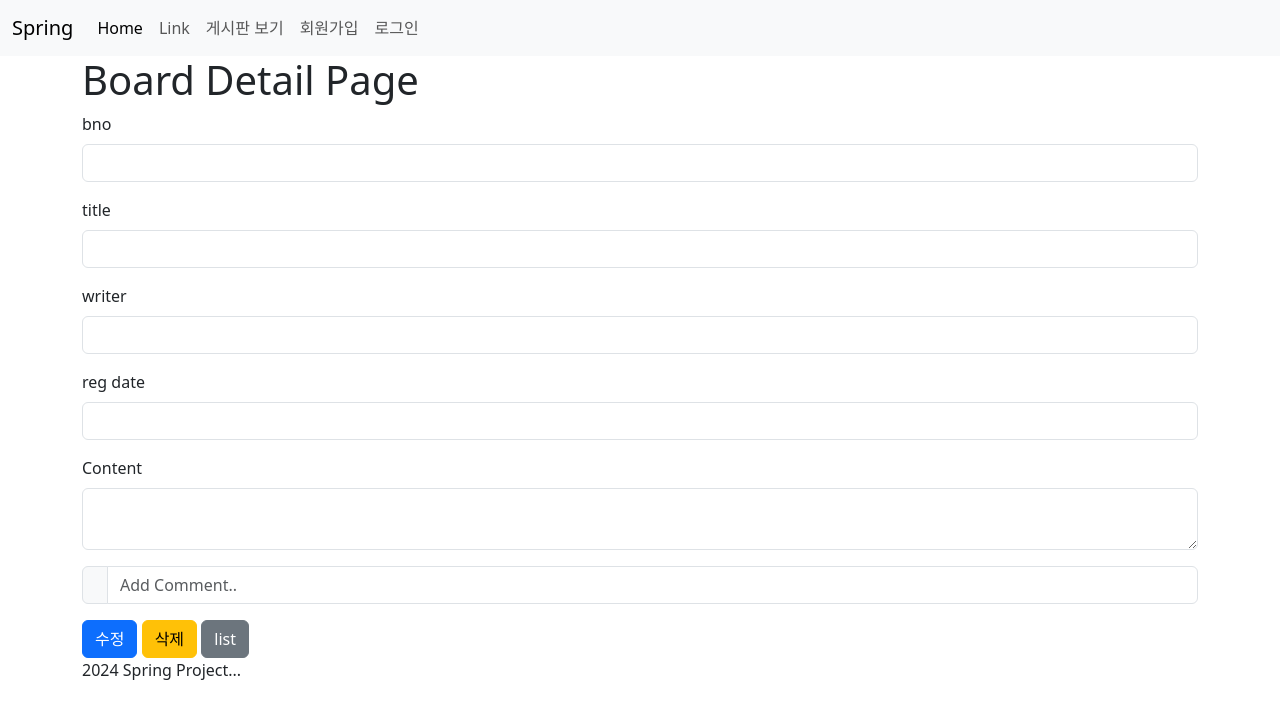
Repository: gajami-kim/240430_Spring_Study
Page: http://localhost/spring_study/WEB-INF/views/board/detail.jsp
The author's editor kept a copy of each file at every save. The page is drawn from the files as they stood at one save, then again after the next save.
The browser window is 1280 px wide. The pictures show the whole page.
The page is served by Tomcat 9. Nobody is signed in. The template is opened directly, without the code that normally fills it, so the values that code supplies are empty.

Above is the page before, as saved 2024-04-26 02:42:16.

### spring_study/src/main/webapp/WEB-INF/views/board/detail.jsp
<%@ page language="java" contentType="text/html; charset=UTF-8"
    pageEncoding="UTF-8"%>
    <%@ taglib uri="http://java.sun.com/jsp/jstl/core" prefix="c"%>
<jsp:include page="../layout/header.jsp" />

<div class="container-sm">
<h1>Board Detail Page</h1>
	<div class="mb-3">
	  <label for="n" class="form-label">bno</label>
	  <input type="text" class="form-control" name="bno" id="n" value="${bvo.bno }" readonly="readonly">
	</div>
	<div class="mb-3">
	  <label for="t" class="form-label">title</label>
	  <input type="text" class="form-control" name="title" id="t" value="${bvo.title }" readonly="readonly">
	</div>
	<div class="mb-3">
	  <label for="w" class="form-label">writer</label>
	  <input type="text" class="form-control" name="writer" id="w" value="${bvo.writer }" readonly="readonly">
	</div>
	<div class="mb-3">
	  <label for="r" class="form-label">reg date</label>
	  <input type="text" class="form-control" name="reg_date" id="r" aria-label="With textarea" value="${bvo.reg_date }" readonly="readonly"></input>
	</div>
	<div class="mb-3">
	  <label for="c" class="form-label">Content</label>
	  <textarea class="form-control" name="content" id="c" aria-label="With textarea" readonly="readonly">${bvo.content }</textarea>
	</div>

	<!-- Comment Line -->
	<!-- 댓글 등록 라인 -->
	<div class="input-group mb-3">
	  <span class="input-group-text" id="cmtWriter">${ses.id }</span>
	  <input type="text" id="cmtText" class="form-control" placeholder="Add Comment.." aria-label="Username" aria-describedby="basic-addon1">
	</div>

	<!-- 댓글 출력 라인 -->

	<c:if test="${ses.id eq bvo.writer }">
		<a href="/board/modify?bno=${bvo.bno }"><button type="button" class="btn btn-primary">수정</button></a>
		<a href="/board/remove?bno=${bvo.bno }"><button type="button" class="btn btn-warning">삭제</button></a>
	</c:if>
	<a href="/board/list"><button type="button" class="btn btn-secondary">list</button></a>
</div>

<jsp:include page="../layout/footer.jsp" />

### spring_study/src/main/webapp/WEB-INF/views/layout/header.jsp
<%@ page language="java" contentType="text/html; charset=UTF-8"
    pageEncoding="UTF-8"%>
    <%@ taglib uri="http://java.sun.com/jsp/jstl/core" prefix="c"%>
<!DOCTYPE html>
<html>
<head>
<meta charset="UTF-8">
<title>header.jsp</title>
</head>
<link href="https://cdn.jsdelivr.net/npm/bootstrap@5.3.3/dist/css/bootstrap.min.css" rel="stylesheet" integrity="sha384-QWTKZyjpPEjISv5WaRU9OFeRpok6YctnYmDr5pNlyT2bRjXh0JMhjY6hW+ALEwIH" crossorigin="anonymous">
<script src="https://cdn.jsdelivr.net/npm/bootstrap@5.3.3/dist/js/bootstrap.bundle.min.js" integrity="sha384-YvpcrYf0tY3lHB60NNkmXc5s9fDVZLESaAA55NDzOxhy9GkcIdslK1eN7N6jIeHz" crossorigin="anonymous"></script>
<body>
<nav class="navbar navbar-expand-lg bg-body-tertiary">
  <div class="container-fluid">
  	<!-- href로 '/'만 달면 HomeController에 의해 index로 이동 -->
    <a class="navbar-brand" href="/">Spring</a>
    <button class="navbar-toggler" type="button" data-bs-toggle="collapse" data-bs-target="#navbarSupportedContent" aria-controls="navbarSupportedContent" aria-expanded="false" aria-label="Toggle navigation">
      <span class="navbar-toggler-icon"></span>
    </button>
    <div class="collapse navbar-collapse" id="navbarSupportedContent">
      <ul class="navbar-nav me-auto mb-2 mb-lg-0">
        <li class="nav-item">
          <a class="nav-link active" aria-current="page" href="/">Home</a>
        </li>
        <li class="nav-item">
          <a class="nav-link" href="/">Link</a>
        </li>
        <c:if test="${ses.id ne null }">
        <li class="nav-item">
          <a class="nav-link" href="/board/register">게시판 글쓰기</a>
        </li>
        </c:if>
        <li class="nav-item">
          <a class="nav-link" href="/board/list">게시판 보기</a>
        </li>
        <c:if test="${ses.id eq null }">
        <li class="nav-item">
          <a class="nav-link" href="/member/register">회원가입</a>
        </li>
        <li class="nav-item">
          <a class="nav-link" href="/member/login">로그인</a>
        </li>
        </c:if>
        <c:if test="${ses.id ne null }">
        <li class="nav-item">
          <a class="nav-link" href="/member/logout">로그아웃</a>
        </li>
        <li class="nav-item">
          <a class="nav-link" href="/member/modify">${ses.id }(${ses.email }) Welcome!!</a>
        </li>
        </c:if>
      </ul>
    </div>
  </div>
</nav>

### spring_study/src/main/webapp/WEB-INF/views/layout/footer.jsp
<%@ page language="java" contentType="text/html; charset=UTF-8"
    pageEncoding="UTF-8"%>

<div class="container-sm">
	2024 Spring Project...
</div>

</body>
</html>

After the next save:
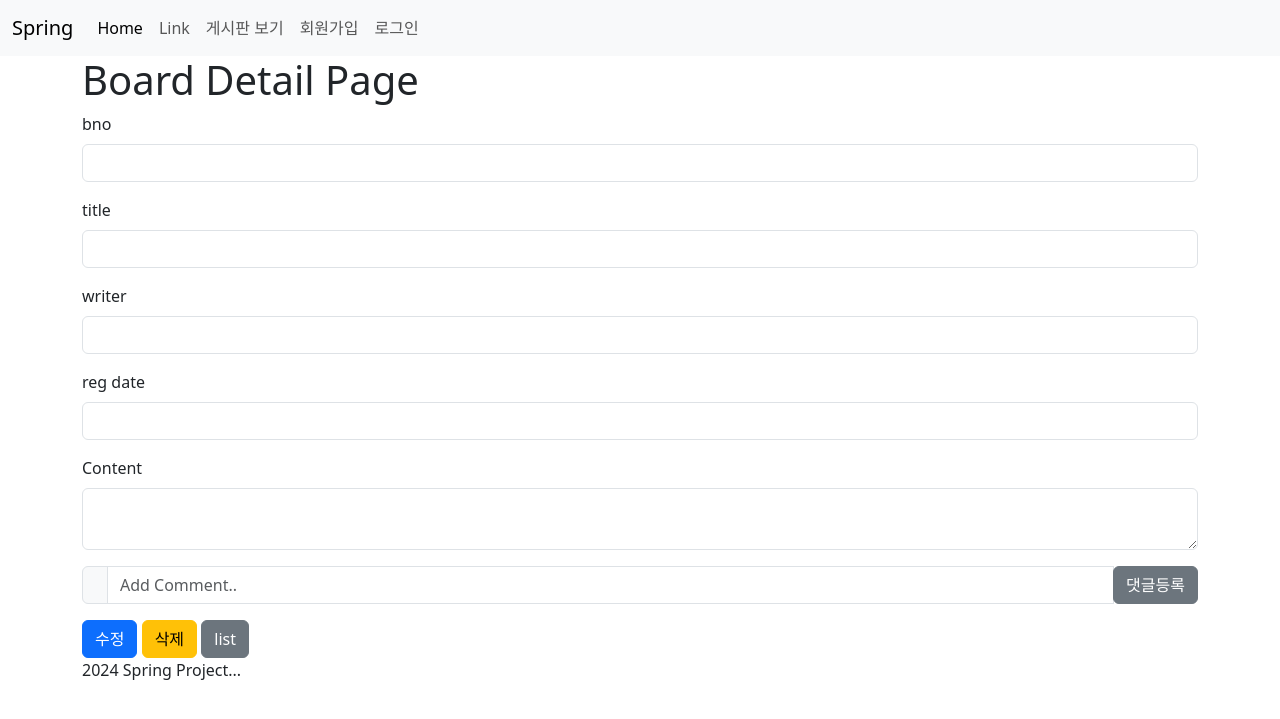
Saved 66 s later.
--- a/spring_study/src/main/webapp/WEB-INF/views/board/detail.jsp
+++ b/spring_study/src/main/webapp/WEB-INF/views/board/detail.jsp
@@ -31,6 +31,7 @@
 	<div class="input-group mb-3">
 	  <span class="input-group-text" id="cmtWriter">${ses.id }</span>
 	  <input type="text" id="cmtText" class="form-control" placeholder="Add Comment.." aria-label="Username" aria-describedby="basic-addon1">
+	  <a><button type="button" id="cmtAddBtn" class="btn btn-secondary">댓글등록</button></a>
 	</div>
 
 	<!-- 댓글 출력 라인 -->
